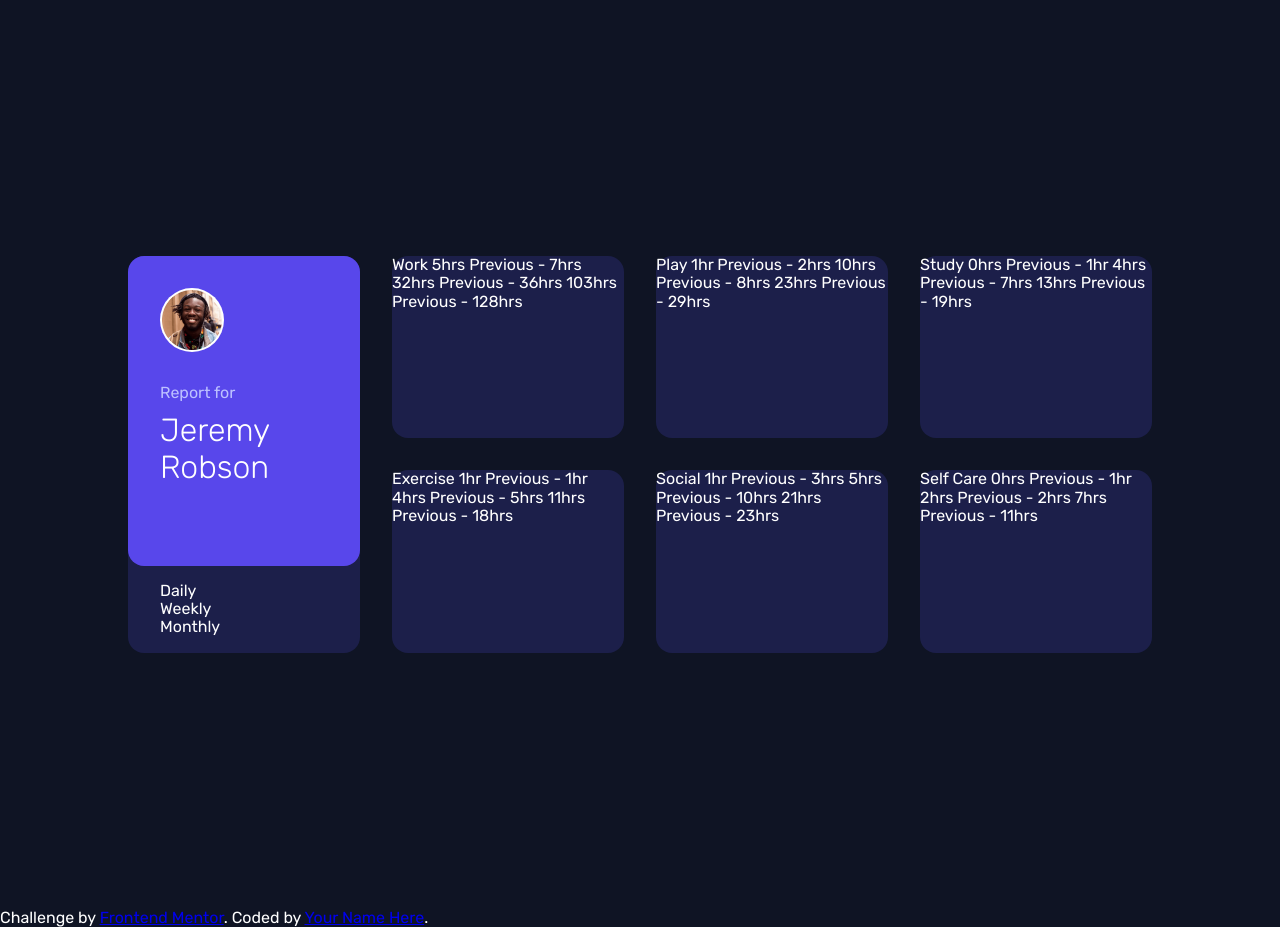
Repository: Jay-JYKim91/FM_time-tracking-dashboard
Page: index.html
These files come from the project's save history. The page is drawn as it stood at one moment and after the next save; the edit follows.
The browser window is 1280 px wide. The pictures show the whole page.

Above is the page before, as saved 2021-12-15 22:37:55.

### index.html
<!DOCTYPE html>
<html lang="en">
<head>
  <meta charset="UTF-8">
  <meta name="viewport" content="width=device-width, initial-scale=1.0"> <!-- displays site properly based on user's device -->

  <link rel="icon" type="image/png" sizes="32x32" href="./images/favicon-32x32.png">

  <title>Time tracking dashboard</title>
  <link rel="stylesheet" href="https://cdnjs.cloudflare.com/ajax/libs/normalize/8.0.1/normalize.min.css" integrity="sha512-NhSC1YmyruXifcj/KFRWoC561YpHpc5Jtzgvbuzx5VozKpWvQ+4nXhPdFgmx8xqexRcpAglTj9sIBWINXa8x5w==" crossorigin="anonymous" referrerpolicy="no-referrer" />
  <link rel="preconnect" href="https://fonts.googleapis.com">
  <link rel="preconnect" href="https://fonts.gstatic.com" crossorigin>
  <link href="https://fonts.googleapis.com/css2?family=Rubik:wght@300;400;500&display=swap" rel="stylesheet">
  <link rel="stylesheet" href="style.css">
  <script src="main.js" defer></script>
</head>
<body>
  <section class="container">
    <article class="card profile-card">
        <div class="profile-name-card">
          <div class="profile-img-box">
            <img src="./images/image-jeremy.png" alt="jeremy" class="profile">
          </div>
          <p>Report for</p>
          <p class="name">Jeremy Robson</p>
        </div>
        <ul>
          <li>Daily</li>
          <li>Weekly</li>
          <li>Monthly</li>
        </ul>

    </article>
    <article class="card">
      Work
  5hrs <!-- daily -->
  Previous - 7hrs <!-- daily -->
  32hrs <!-- weekly -->
  Previous - 36hrs <!-- weekly -->
  103hrs <!-- monthly -->
  Previous - 128hrs <!-- monthly -->
    </article>
    <article class="card">
      Play
  1hr <!-- daily -->
  Previous - 2hrs <!-- daily -->
  10hrs <!-- weekly -->
  Previous - 8hrs <!-- weekly -->
  23hrs <!-- monthly -->
  Previous - 29hrs <!-- monthly -->


    </article>
    <article class="card">
      Study
  0hrs <!-- daily -->
  Previous - 1hr <!-- daily -->
  4hrs <!-- weekly -->
  Previous - 7hrs <!-- weekly -->
  13hrs <!-- monthly -->
  Previous - 19hrs <!-- monthly -->


    </article>
    <article class="card">
      Exercise
  1hr <!-- daily -->
  Previous - 1hr <!-- daily -->
  4hrs <!-- weekly -->
  Previous - 5hrs <!-- weekly -->
  11hrs <!-- monthly -->
  Previous - 18hrs <!-- monthly -->


    </article>
    <article class="card">
      Social
  1hr <!-- daily -->
  Previous - 3hrs <!-- daily -->
  5hrs <!-- weekly -->
  Previous - 10hrs <!-- weekly -->
  21hrs <!-- monthly -->
  Previous - 23hrs <!-- monthly -->


    </article>
    <article class="card">
      Self Care
  0hrs <!-- daily -->
  Previous - 1hr <!-- daily -->
  2hrs <!-- weekly -->
  Previous - 2hrs <!-- weekly -->
  7hrs <!-- monthly -->
  Previous - 11hrs <!-- monthly -->
    </article>
  </section>








  <div class="attribution">
    Challenge by <a href="https://www.frontendmentor.io?ref=challenge" target="_blank">Frontend Mentor</a>.
    Coded by <a href="#">Your Name Here</a>.
  </div>
</body>
</html>

### style.css
:root {
  --body-font: "Rubik", sans-serif;

  --blue: hsl(246, 80%, 60%);
  --light-red: hsl(15, 100%, 70%);
  --soft-blue: hsl(195, 74%, 62%);
  --light-red: hsl(348, 100%, 68%);
  --lime-green: hsl(145, 58%, 55%);
  --violet: hsl(264, 64%, 52%);
  --soft-orange: hsl(43, 84%, 65%);
  --very-dark-blue: hsl(226, 43%, 10%);
  --dark-blue: hsl(235, 46%, 20%);
  --desaturated-blue: hsl(235, 45%, 61%);
  --pale-blue: hsl(236, 100%, 87%);
}
/* --Light red (work): hsl(15, 100%, 70%)
--Soft blue (play): hsl(195, 74%, 62%)
--Light red (study): hsl(348, 100%, 68%)
--Lime green (exercise): hsl(145, 58%, 55%)
--Violet (social): hsl(264, 64%, 52%) */
body {
  background-color: var(--very-dark-blue);
  color: white;
  font-family: var(--body-font);
}
.container {
  width: 80vw;
  margin: 20% auto;
  display: grid;
  grid-template-columns: repeat(4, 1fr);
  gap: 2em;
}
.card {
  border-radius: 1em;
  background-color: var(--dark-blue);
}
.profile-card {
  grid-row: 1 / 3;
}
.profile-card ul {
  list-style: none;
  padding-left: 2em;
}
.profile-name-card {
  background-color: var(--blue);
  padding: 2em;
  border-radius: 1em;
}
.profile-name-card p {
  color: var(--pale-blue);
  margin: 0;
}
.profile-name-card .name {
  color: white;
  font-size: 2rem;
  font-weight: 300;
  margin: 0.3em 0 1.5em 0;
}
.profile-img-box {
  width: 64px;
  height: 64px;
  border-radius: 50%;
  background-color: white;
  margin-bottom: 2em;
}
.profile {
  width: 60px;
  margin: 2px;
}
@media (min-width: 768px) and (max-width: 1023px) {
}

@media (max-width: 767px) {
}

Loaded but not shown: main.js (empty)

After the next save:
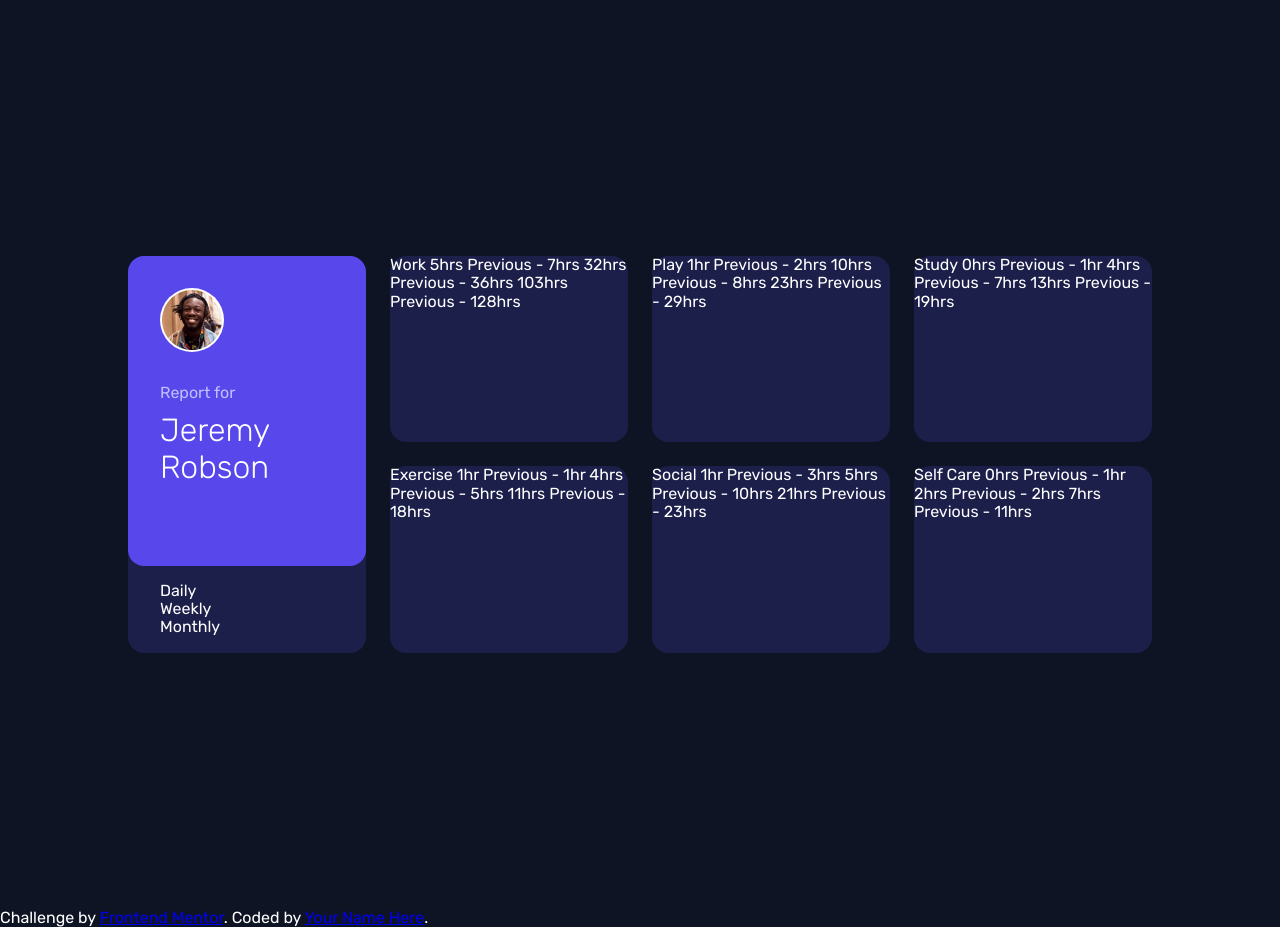
Saved 30 s later.
--- a/style.css
+++ b/style.css
@@ -28,7 +28,7 @@ body {
   margin: 20% auto;
   display: grid;
   grid-template-columns: repeat(4, 1fr);
-  gap: 2em;
+  gap: 1.5em;
 }
 .card {
   border-radius: 1em;
